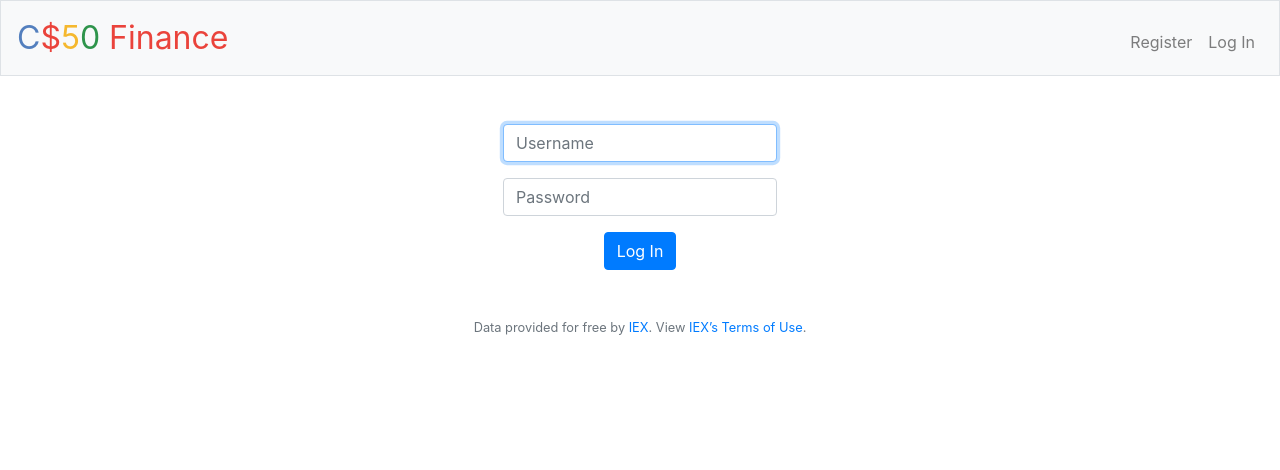
Repository: sanderdebr/cs50
Page: finance/templates/buy.html
The author's editor kept a record of every edit. The page is drawn from the files as they stood at one moment, then again after the next edit.
The browser window is 1280 px wide. The pictures show the whole page.
The template is drawn by Flask 3. The application's start-up code is not run. Other server files are loaded and not shown. The template is opened directly, without the code that normally fills it, so the values that code supplies are empty.

Above is the page before.

### finance/templates/buy.html
{% extends "layout.html" %}

{% block title %}
    Log In
{% endblock %}

{% block main %}
    <form action="/login" method="post">
        <div class="form-group">
            <input autocomplete="off" autofocus class="form-control" name="username" placeholder="Username" type="text">
        </div>
        <div class="form-group">
            <input class="form-control" name="password" placeholder="Password" type="password">
        </div>
        <button class="btn btn-primary" type="submit">Log In</button>
    </form>
{% endblock %}

### finance/templates/layout.html
<!DOCTYPE html>

<html lang="en">

    <head>

        <!-- Required meta tags -->
        <meta charset="utf-8">
        <meta name="viewport" content="width=device-width, initial-scale=1, shrink-to-fit=no">

        <!-- documentation at http://getbootstrap.com/docs/4.1/, alternative themes at https://bootswatch.com/ -->
        <link href="https://maxcdn.bootstrapcdn.com/bootstrap/4.1.3/css/bootstrap.min.css" rel="stylesheet">

        <!-- https://favicon.io/emoji-favicons/money-mouth-face/ -->
        <link href="/static/favicon.ico" rel="icon">

        <link href="/static/styles.css" rel="stylesheet">

        <script src="https://code.jquery.com/jquery-3.3.1.min.js"></script>
        <script src="https://cdnjs.cloudflare.com/ajax/libs/popper.js/1.14.3/umd/popper.min.js"></script>
        <script src="https://maxcdn.bootstrapcdn.com/bootstrap/4.1.3/js/bootstrap.min.js"></script>

        <title>C$50 Finance: {% block title %}{% endblock %}</title>

    </head>

    <body>

        <nav class="navbar navbar-expand-md navbar-light bg-light border">
            <a class="navbar-brand" href="/"><span class="blue">C</span><span class="red">$</span><span class="yellow">5</span><span class="green">0</span> <span class="red">Finance</span></a>
            <button aria-controls="navbar" aria-expanded="false" aria-label="Toggle navigation" class="navbar-toggler" data-target="#navbar" data-toggle="collapse" type="button">
                <span class="navbar-toggler-icon"></span>
            </button>
            <div class="collapse navbar-collapse" id="navbar">
                {% if session.user_id %}
                    <ul class="navbar-nav mr-auto mt-2">
                        <li class="nav-item"><a class="nav-link" href="/quote">Quote</a></li>
                        <li class="nav-item"><a class="nav-link" href="/buy">Buy</a></li>
                        <li class="nav-item"><a class="nav-link" href="/sell">Sell</a></li>
                        <li class="nav-item"><a class="nav-link" href="/history">History</a></li>
                    </ul>
                    <ul class="navbar-nav ml-auto mt-2">
                        <li class="nav-item"><a class="nav-link" href="/change-password">Change password</a></li>
                        <li class="nav-item"><a class="nav-link" href="/logout">Log Out</a></li>
                    </ul>
                {% else %}
                    <ul class="navbar-nav ml-auto mt-2">
                        <li class="nav-item"><a class="nav-link" href="/register">Register</a></li>
                        <li class="nav-item"><a class="nav-link" href="/login">Log In</a></li>
                    </ul>
                {% endif %}
            </div>
        </nav>

        {% if get_flashed_messages() %}
            <header>
                <div class="alert alert-primary border text-center" role="alert">
                    {{ get_flashed_messages() | join(" ") }}
                </div>
            </header>
        {% endif %}

        <main class="container p-5">
            {% block main %}{% endblock %}
        </main>

        <footer class="small text-center text-muted">
            Data provided for free by <a href="https://iextrading.com/developer">IEX</a>. View <a href="https://iextrading.com/api-exhibit-a/">IEX’s Terms of Use</a>.
        </footer>

    </body>

</html>

Loaded but not shown: finance/static/styles.css (common file)

After the next edit:
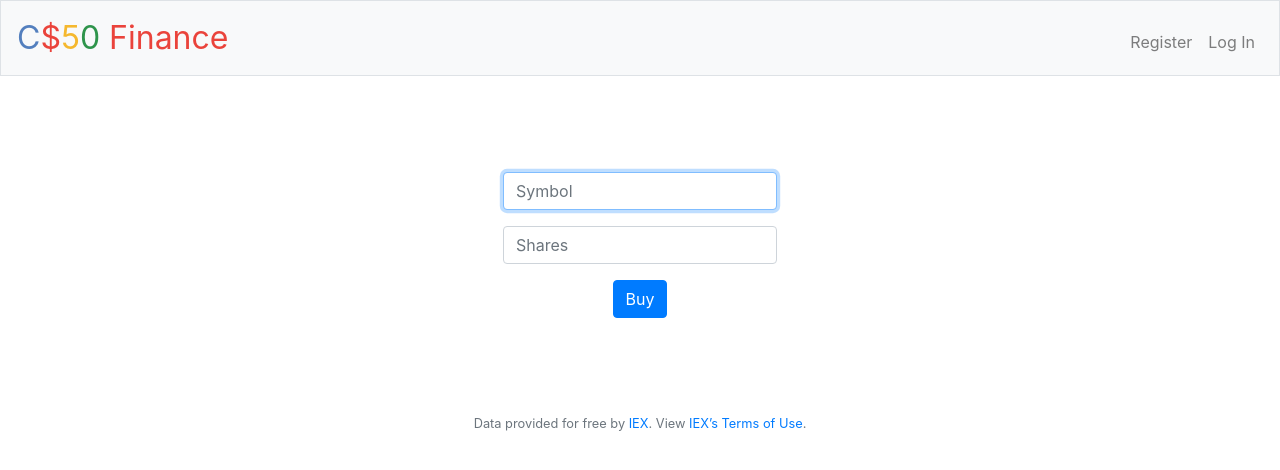
The edit:
--- a/finance/templates/buy.html
+++ b/finance/templates/buy.html
@@ -5,13 +5,17 @@
 {% endblock %}
 
 {% block main %}
-    <form action="/login" method="post">
+    <main class="container p-5">
+
+    <form action="/buy" method="post">
         <div class="form-group">
-            <input autocomplete="off" autofocus class="form-control" name="username" placeholder="Username" type="text">
+            <input autocomplete="off" autofocus="" class="form-control" name="symbol" placeholder="Symbol" type="text">
         </div>
         <div class="form-group">
-            <input class="form-control" name="password" placeholder="Password" type="password">
+            <input autocomplete="off" class="form-control" min="1" name="shares" placeholder="Shares" type="number">
         </div>
-        <button class="btn btn-primary" type="submit">Log In</button>
+        <button class="btn btn-primary" type="submit">Buy</button>
     </form>
+
+    </main>
 {% endblock %}
